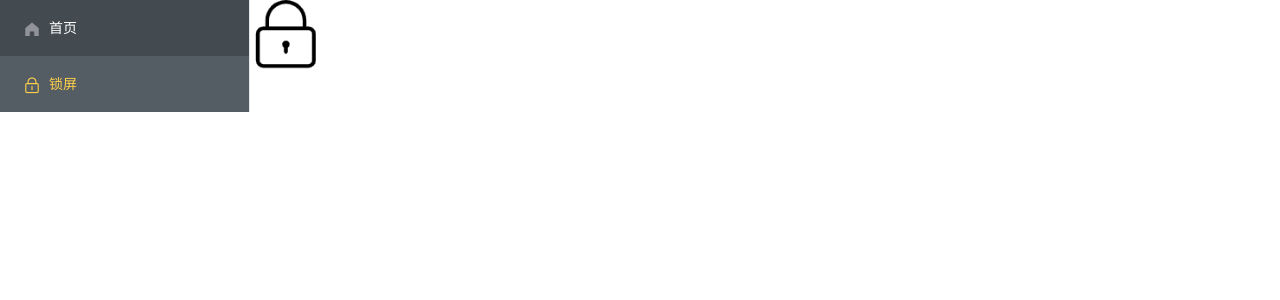
Repository: wujingwenwu/-vue-2.0
Page: /lockScreen
These files come from the project's save history. The page is drawn as it stood at one moment and after the next save; the edit follows.
The browser window is 1280 px wide. The pictures show the whole page.
The project was rebuilt for these pictures with package versions that can differ from the ones it lists, and the page was loaded fresh each time. Also part of the build but not shown: src/views/Home.vue.

Above is the page before, as saved 2020-09-29 15:13:17.

### src/main.js
import Vue from "vue";
import App from "./App.vue";
import router from "./router";
import store from "./store";
import ElementUI from 'element-ui';
import 'element-ui/lib/theme-chalk/index.css';
import  "./globalComponents"
Vue.config.productionTip = false;
Vue.use(ElementUI);
new Vue({
  router,
  store,
  render: h => h(App)
}).$mount("#app");

### src/App.vue
<template>
  <div id="app">

    <router-view />
  </div>
</template>

<style lang="scss">
@import "./style/demo";
*{
  margin: 0;
  padding: 0;
}
</style>

### src/router/index.js
import Vue from "vue";
import VueRouter from "vue-router";
import Home from "../views/Home.vue";
import Layout from "../views/layout/layout"
Vue.use(VueRouter);

const routes = [
  {
    path: "/home",
    name: "",
    component: Home
  },
  {
    path: "",
    component: Layout,
    children:[
      {
        path: "/",
        name: "Home",
        component: Home
      },
      {
        path: "/lockScreen",
        name: "LockScreen",
        component: () =>
          import("../views/lockScreen/LockScreen")
      },
    ]
  },
  {
    path: "/about",
    name: "About",
    component: () =>
      import("../views/About.vue")
  },
];

const router = new VueRouter({
  mode: "history",
  base: process.env.BASE_URL,
  routes
});

export default router;

### src/globalComponents/index.js
import Vue from 'vue'

import WLockScreen from '../components/w-lockScreen/w-lockScreen'


Vue.component('wLockScreen', WLockScreen)

### src/style/demo.scss
.d-f{
    display: flex;
    /* 弹性盒模型 */
}
.f-s-12{
    font-size: 12px;
    /* 字体大小为12px */
}
.f-s-14{
    font-size: 14px;
    /* 字体大小为14px */
}
.f-s-16{
    font-size: 16px;
    /* 字体大小为16px */
}
.f-w{
    font-weight: 700;
    /*字体 加粗 */
}
.f-c-ho{
    color: #f00;
    /* 红色 */
}
.f-c-hu{
    color: #ccc;
    /* 灰色 */
}
.f-c-b{
    color: #ffffff;
    /* 白色 */
}
.f-c-he{
    color: #000;
    /* 黑色 */
}
.t-a-l{
    text-align: left;
    /* 文本左对齐 */
}
.t-a-c{
    text-align: center;
    /* 文本居中 */
}
.t-a-r{
    text-align: right;
    /* 文本右对齐 */
}
.t-d-u{
    text-decoration: underline;
    /* 装饰在文本底部 */
}
.t-d-o{
    text-decoration: overline;
    /* 装饰在顶部 */
}
.t-d-l-t{
    text-decoration: line-through;
    /* 装饰在文本中间 */
}
.d-i{
    display: inline;
    /* 块级元素装换成行内元素 */
}
.d-i-b{
    display: inline-block;
    /* 块级元素装换成行内块元素 */
}
.d-b{
    display: block;
    /* 行内和行内块元素装换成块级元素 */
}
.d-n{
    display: none;
    /* 隐藏元素 */
}
.p-r{
    position: relative;
    /* 相对定位 */
}
.p-a{
    position: absolute;
    /* 绝对定位 */
}
.p-f{
    position: fixed;
    /* 固定定位 */
}
.b-r-50{
    border-radius: 50%;
    /* 圆角为50% */
}
.j-c-s-a{
    justify-content: space-around;
   /* 两边的子元素距离父元素的两边有间距，然后中间距离自动等分 */
}
.j-c-s-b{
    justify-content: space-between;
    /* 两边的子元素距离父元素没有间距，然后中间距离自动等分 */

}
.j-c-c{
    justify-content: center;
     /* 所有的子元素相当于父元素水平居中 */
}
.a-i-c{
    align-items: center;
    /* （竖轴排列方式）子元素相当于父元素垂直方向居中 */
}
.f-d-c{
    flex-direction: column;
    /* 弹性盒模型的竖项排列方式 */
}
*{
  margin: 0;
  padding: 0;
  /* 清除游览器的痕迹 */
}
.conter{
    display: flex;
    justify-content: center;
    /* 弹性盒模型，所有的文本在页面的中间 */
}
.warp{
   width: 1280px;
   /* 宽度为1280px，基本上不会超过1400px */
}
.o-h{
    overflow: hidden;
    /* 超出部分隐藏 */
}
.w-o-t{
    white-space: nowrap;
    overflow: hidden;
    text-overflow: ellipsis;
    /* 超出部分隐藏（只限字体） */
}
.d-n{
    display: none;
    /* 不占位置 */
}
.v-h{
    visibility: hidden;
    /* 占位置 */
}
.f-w-w{
    flex-wrap: wrap;
    /* 换行 */
}
.w-s-n{
    white-space: nowrap;
    /* 内容不换行 */
}
.m-t-20{
    margin-top: 20px;
    /* 向下20 */
}
.m-l-20{
    margin-left: 20px;

}
.m-t-10{
    margin-top: 10px;
}
.m-l-10{
    margin-left: 10px;
}
.b-c-hong{
    background-color: red;
}
.b-c-hei{
    background-color: black;
}
.b-c-bai{
    background-color: #ffffff;
}
.b-c-hui{
    background-color: #ccc;
}
.b-1-s-hong{
    border: 1px solid red;
}
.b-1-d-hong{
    border: 1px dashed red;
}
.b-1-s-bai{
    border: 1px solid #ffffff;
}
.b-1-d-bai{
    border: 1px dashed #ffffff;
}
.b-1-s-hei{
    border: 1px solid black;
}
.b-1-d-hei{
    border: 1px dashed black;
}
.b-1-s-hui{
    border: 1px solid #ccc;
}
.b-1-d-hui{
    border: 1px dashed #ccc;
}
.b-l-n{
    border-left: none;
    /* 左边框隐藏 */
}
.b-t-n{
    border-top: none;
}
.b-r-n{
    border-right: none;
}
.b-b-n{
    border-bottom: none;
}
.m-t-15{
    margin-top: 15px;
}
.m-t-30{
    margin-top: 30px;
}
.m-t-5{
    margin-top: 5px;
}
.b-none{
    border: none;
}
.f-s-18{
    font-size: 18px;
}
.m-l--10{
    margin-left: -10px;
}
.m-l-40{
    margin-left: 40px;
}
.o-n{
    outline: none;
    /* 隐藏边框 */
}

### src/views/layout/layout.vue
<template>
 <div >
  <div class="d-f">
     <div class="commit">
      <el-menu
      :default-active="$route.path"
      class="el-menu-vertical-demo"
      background-color="#545c64"
      text-color="#fff"
      active-text-color="#ffd04b" v-for="item in arr" :key="item.path">
      <el-menu-item   :index="item.path" @click="select(item.path)">
        <i :class="item.icon"></i>
        <span slot="title">{{item.name}}</span>
      </el-menu-item>
    </el-menu>
     </div>
    <router-view></router-view>
  </div>
 </div>
</template>

<script>
 export default {
   data () {
     return {
       arr:[
        {icon:"el-icon-s-home",name:"首页",path:'/'},
        {icon:"el-icon-lock",name:"锁屏",path:'/lockScreen'},

       ]
     }
   },
   components: {

   },
   methods: {
   select(path){
     console.log(path);
     this.$router.push(path)
   },
   },
   mounted() {

   },
   watch: {

   },
   computed: {

   }
 }
</script>

<style scoped lang='scss'>
.commit{
    width: 250px;
}
</style>

### src/views/lockScreen/LockScreen.vue
<template>
 <div>
  <img src="../../img/锁屏.png" alt="" class="img" @click="click">
 <wLockScreen :dialogVisibles="dialogVisibles"></wLockScreen>
 </div>
</template>

<script>
 export default {
   data () {
     return {
     dialogVisibles: false
     }
   },
   components: {

   },
   methods: {
   click(){
     this.dialogVisibles=true
   }
   },
   mounted() {

   },
   watch: {

   },
   computed: {

   }
 }
</script>

<style scoped lang='scss'>
.img{
  width: 70px;
  height: 70px;
}
</style>

### src/components/w-lockScreen/w-lockScreen.vue
<template>
 <div>
 <el-dialog
  title="提示"
  :visible.sync="dialogVisible"
  width="30%"
  :before-close="handleClose">
  <span>这是一段信息</span>
  <span slot="footer" class="dialog-footer">
    <el-button @click="dialogVisible = false">取 消</el-button>
    <el-button type="primary" @click="dialogVisible = false">确 定</el-button>
  </span>
</el-dialog>
 </div>
</template>

<script>
 export default {
     props:{
       dialogVisibles:{
           type: Boolean,
       }
     },
   data () {
     return {
        dialogVisible: false
     }
   },
   components: {

   },
   methods: {
      handleClose(done) {
        this.$confirm('确认关闭？')
          .then((res) => {
            done();
            console.log(res);
          })
          .catch((err) => {
              console.log(err);
          });
      }
   },
   mounted() {
       console.log(this.dialogVisibles);
    this.dialogVisible=this.dialogVisibles
   },
   watch: {

   },
   computed: {

   }
 }
</script>

<style scoped lang='scss'>

</style>

Loaded but not shown: public/index.html (common file); src/store/index.js (common file)

After the next save:
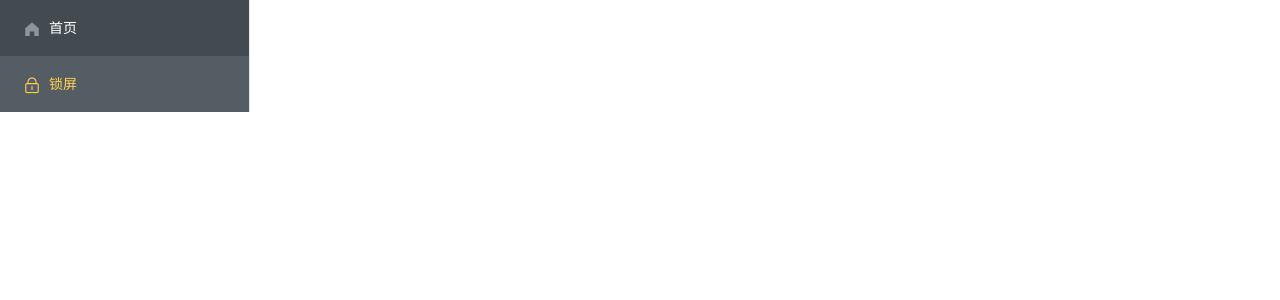
Saved 60 s later.
--- a/src/views/lockScreen/LockScreen.vue
+++ b/src/views/lockScreen/LockScreen.vue
@@ -1,6 +1,6 @@
 <template>
  <div>
-  <img src="../../img/锁屏.png" alt="" class="img" @click="click">
+
  <wLockScreen :dialogVisibles="dialogVisibles"></wLockScreen>
  </div>
 </template>
